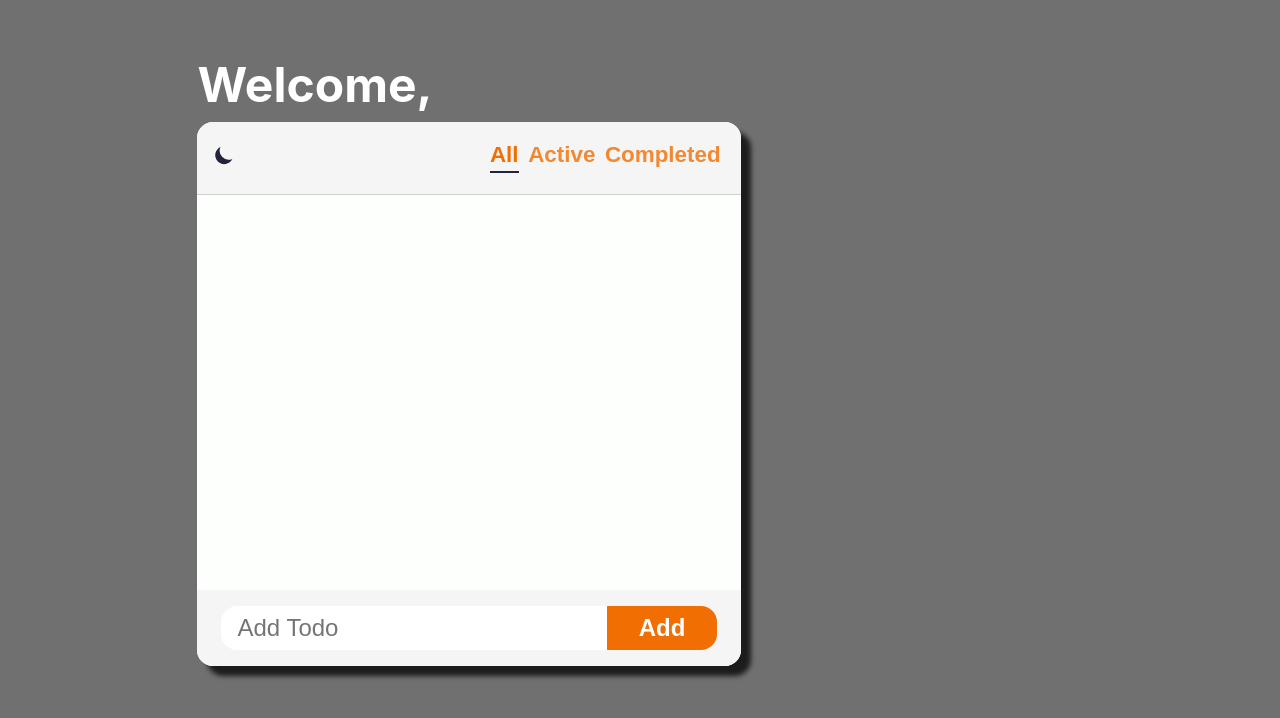
Repository: MrJinkyu/TodoList
Page: /
These files come from the project's save history. The page is drawn as it stood at one moment and after a run of saves; the edit follows.
The browser window is 1280 px wide. The pictures show the whole page.
The project was rebuilt for these pictures with package versions that can differ from the ones it lists, and the page was loaded fresh each time. Also part of the build but not shown: src/components/Todo.module.css, src/components/Todo.jsx.

Above is the page before, as saved 2023-05-01 16:17:48.

After the next 2 saves:
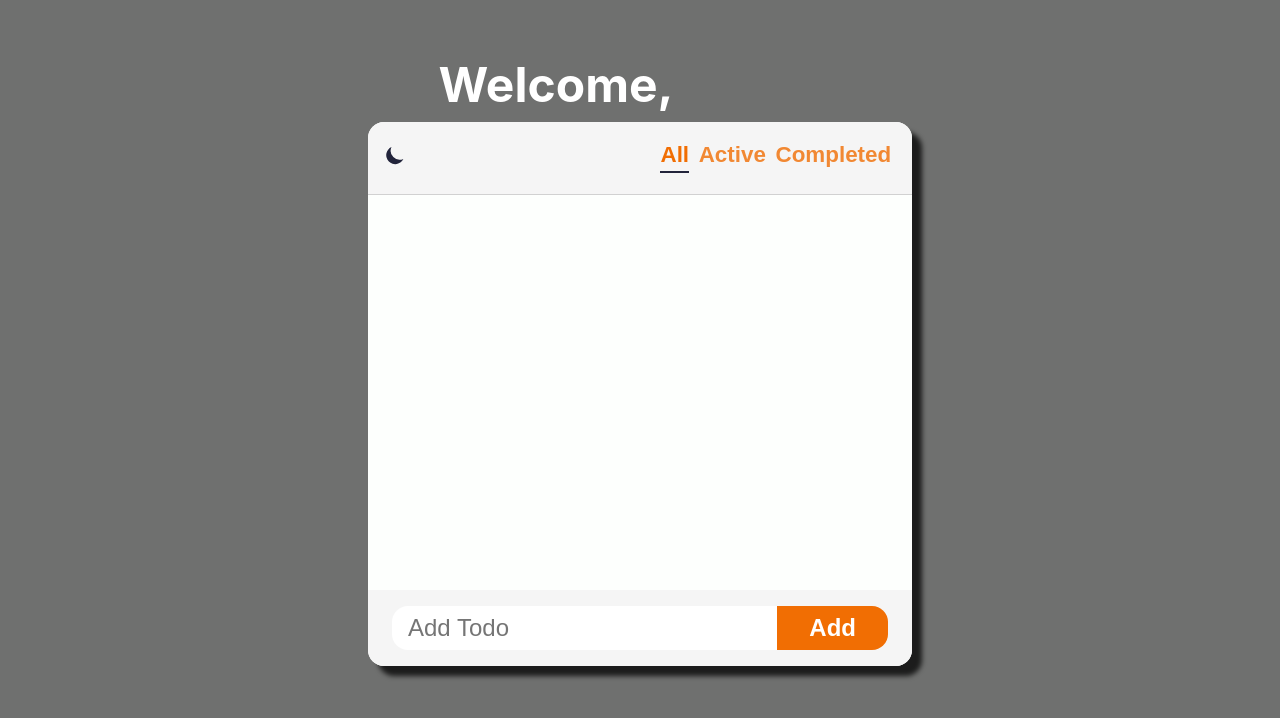
The 2 saves are shown as one change because they came seconds apart.
The last was saved 14 s later.
--- a/src/components/Greeting.module.css
+++ b/src/components/Greeting.module.css
@@ -18,5 +18,5 @@
     font-size: 3rem;
     font-weight: bold;
     text-transform: capitalize;
-    display: inline;
+    width: 10rem;
 }
